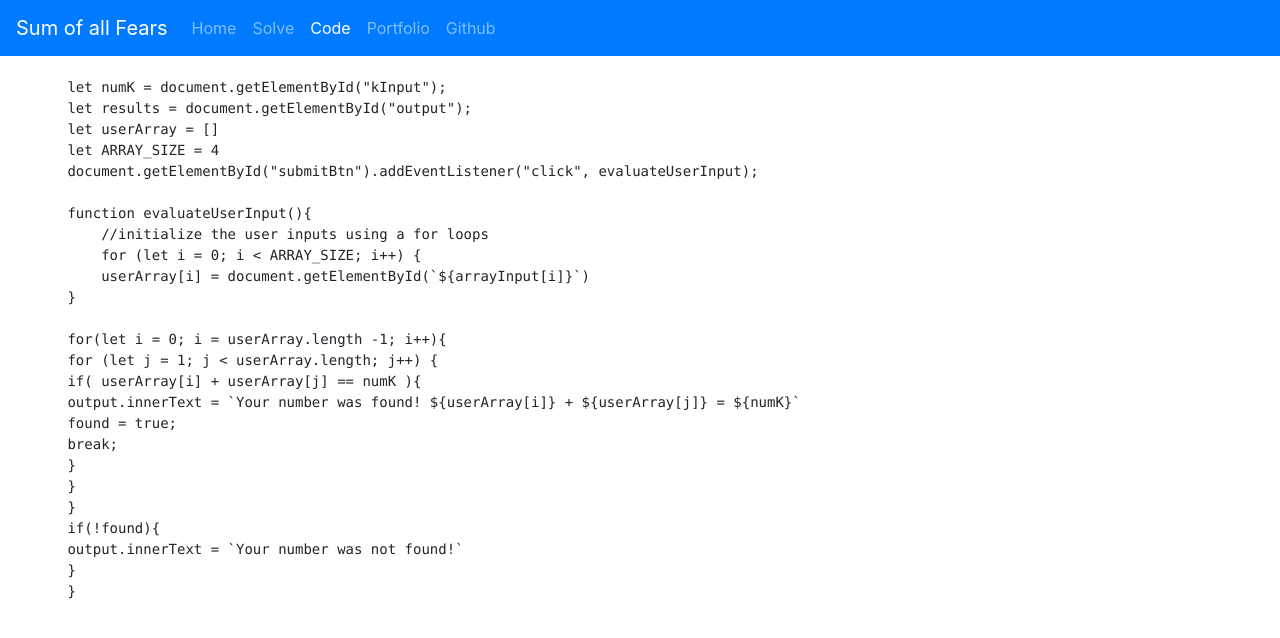
Repository: zhadjah9559/BrainBufferOverflow
Page: code.html
An editor plug-in stored every save of this project. The page is shown before and after the next save, followed by the edit.
The browser window is 1280 px wide. The pictures show the whole page.

Above is the page before, as saved 2021-01-18 00:53:43.

After the next save:
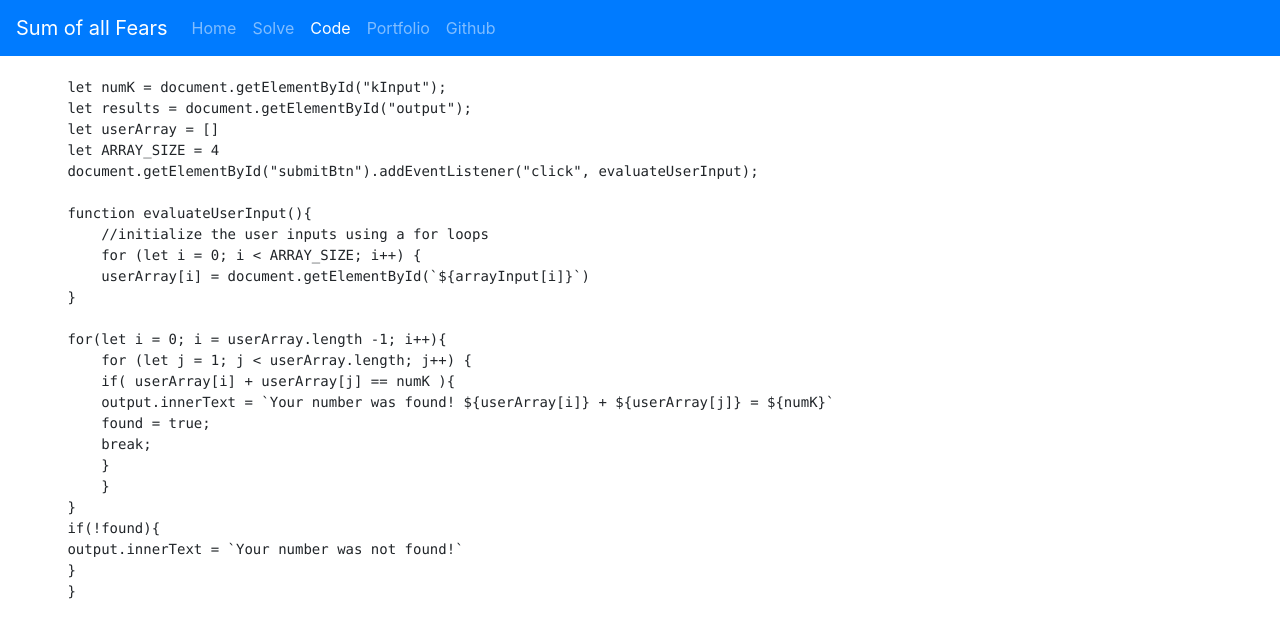
Saved 13 s later.
--- a/code.html
+++ b/code.html
@@ -52,13 +52,13 @@
         }
 
         for(let i = 0; i = userArray.length -1; i++){
-        for (let j = 1; j < userArray.length; j++) {
-        if( userArray[i] + userArray[j] == numK ){
-        output.innerText = `Your number was found! ${userArray[i]} + ${userArray[j]} = ${numK}`
-        found = true;
-        break;
-        }
-        }
+            for (let j = 1; j < userArray.length; j++) {
+            if( userArray[i] + userArray[j] == numK ){
+            output.innerText = `Your number was found! ${userArray[i]} + ${userArray[j]} = ${numK}`
+            found = true;
+            break;
+            }
+            }
         }
         if(!found){
         output.innerText = `Your number was not found!`
